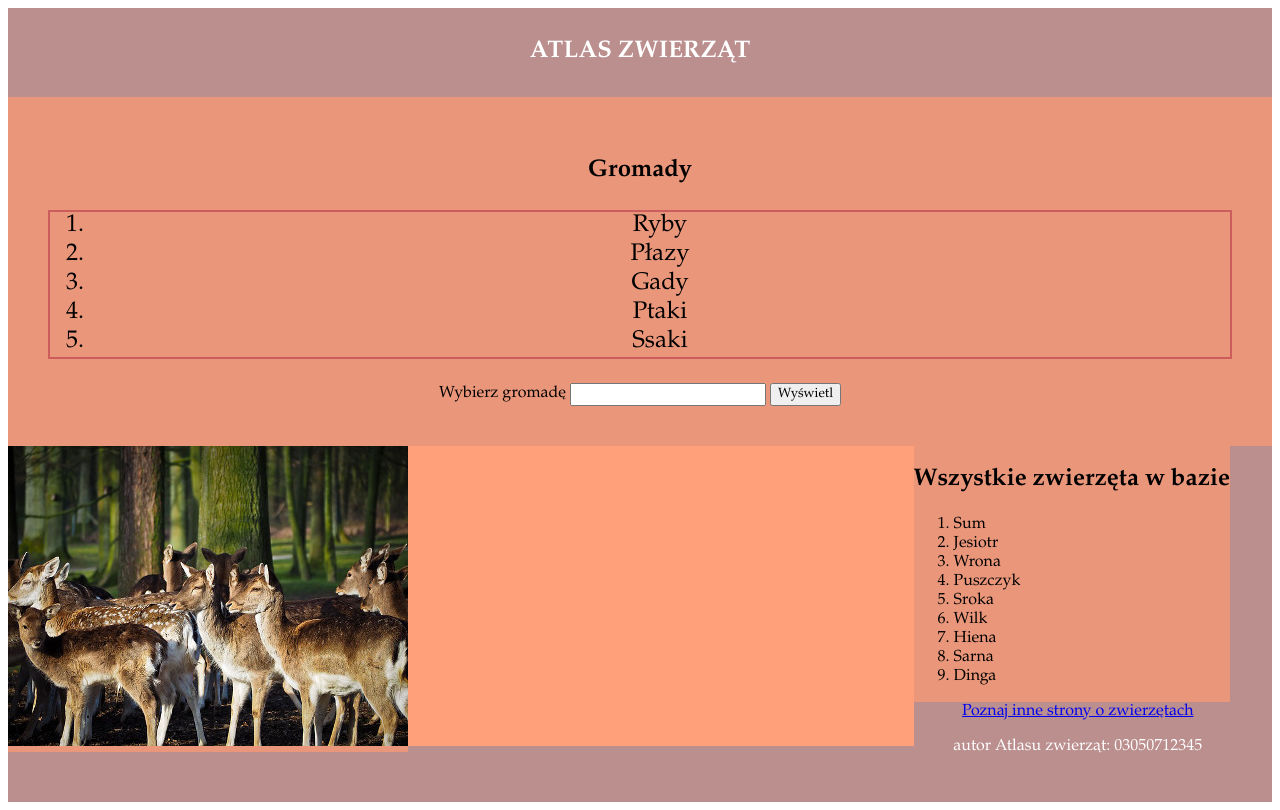
Repository: Lenerystia/HTML
Page: Zad.egz_3/index.html
The author's editor kept a copy of each file at every save. The page is drawn from the files as they stood at one save, then again after the next save.
The browser window is 1280 px wide. The pictures show the whole page.

Above is the page before, as saved 2021-12-22 13:55:12.

### Zad.egz_3/index.html
<!DOCTYPE html>
<head>
    <meta http-equiv="content-type" type="text/html" charset="UTF-8">
    <title>Dane o zwierzętach</title>
    <link rel="stylesheet" href="styl3.css">
</head>
<body>
    <section class="baner">
        <h1>ATLAS ZWIERZĄT</h1>
    </section>
    <section class="formularz">
        <h2>Gromady</h2>
        <ol>
            <li>Ryby</li>
            <li>Płazy</li>
            <li>Gady</li>
            <li>Ptaki</li>
            <li>Ssaki</li>
        </ol>
        <form action="http://www.przykładowastrona.com" method="post">Wybierz gromadę
            <input type="number" name="Wybierz gromadę" id="gromada">
            <input type="submit" value="Wyświetl">
        </form>
    </section>
    <section class="glownyLewy">
        <img src="zwierzeta.jpg" alt="dzikie zwierzęta">
    </section>
    <section class="glownySrodkowy">

    </section>
    <section class="glownyPrawy">
        <h2>Wszystkie zwierzęta w bazie</h2>
        <ol>
            <li>Sum</li>
            <li>Jesiotr</li>
            <li>Wrona</li>
            <li>Puszczyk</li>
            <li>Sroka</li>
            <li>Wilk</li>
            <li>Hiena</li>
            <li>Sarna</li>
            <li>Dinga</li>
        </ol>
    </section>
    <section class="stopka">
        <a href="atlas-zwierzat.pl" target="_blank">Poznaj inne strony o zwierzętach</a>
        <p>autor Atlasu zwierząt: 03050712345</p>
    </section>
</body>
</html>

### Zad.egz_3/styl3.css
*{
    font-family: Garamond;
}
.baner{
    background-color: rosybrown;
    color: white;
    text-align: center;
    padding: 10px;
}
.formularz{
    background-color: darksalmon;
    text-align: center;
    padding: 40px;
}
.glownyLewy, .glownyPrawy{
    background-color: darksalmon;
}
.glownyLewy{
    float: left;
}
.glownySrodkowy{
    background-color: lightsalmon;
    height: 300px;
    width: 40%;
    float: left;
}
.glownyPrawy{
    float: left;
}
.stopka{
    background-color: rosybrown;
    color: white;
    text-align: center;
    padding: 30px;
}
.formularz ol{
    border: 2px solid rgb(205, 92, 92);
    font-size: 150%;
}

After the next save:
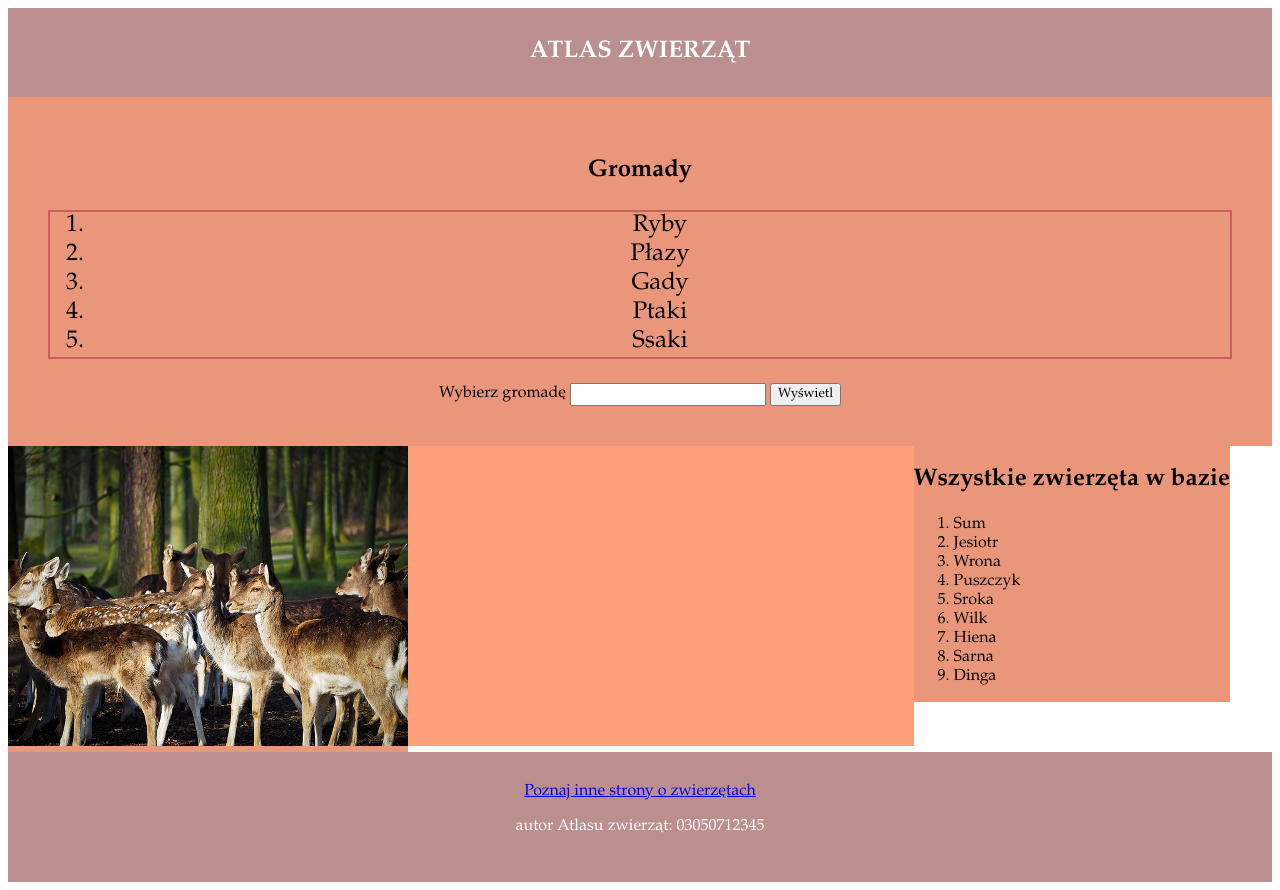
Saved 24 s later.
--- a/Zad.egz_3/styl3.css
+++ b/Zad.egz_3/styl3.css
@@ -32,6 +32,7 @@
     color: white;
     text-align: center;
     padding: 30px;
+    clear: both;
 }
 .formularz ol{
     border: 2px solid rgb(205, 92, 92);
